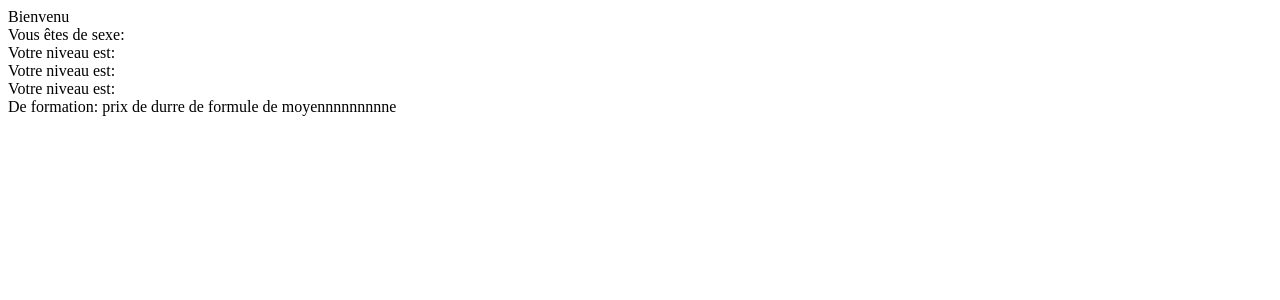
Repository: imouahrani/Gestion-des-stagiaires_JAVAEE
Page: http://localhost/TestProject/WEB-INF/lib/InfoFormation.jsp
The author's editor kept a copy of each file at every save. The page is drawn from the files as they stood at one save, then again after the next save.
The browser window is 1280 px wide. The pictures show the whole page.
The page is served by Tomcat 9. Nobody is signed in. The template is opened directly, without the code that normally fills it, so the values that code supplies are empty.

Above is the page before, as saved 2018-08-01 14:56:02.

After the next save:
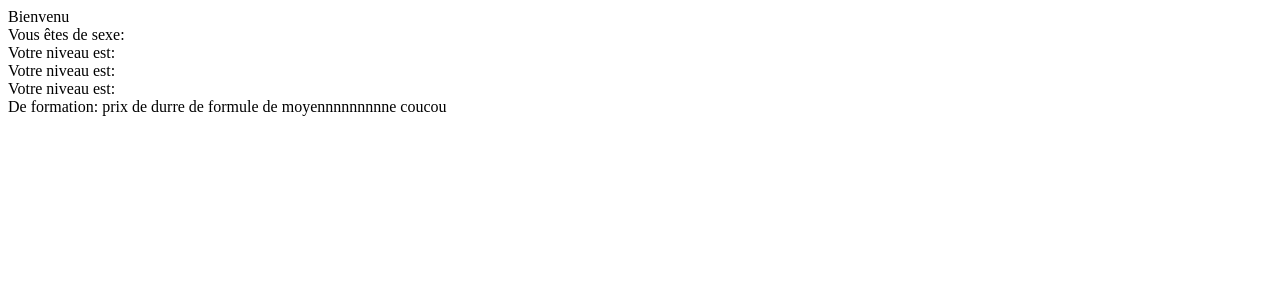
Saved 65 s later.
--- a/Formation Java Entreprise Edition/TestProject/WebContent/WEB-INF/lib/InfoFormation.jsp
+++ b/Formation Java Entreprise Edition/TestProject/WebContent/WEB-INF/lib/InfoFormation.jsp
@@ -2,7 +2,7 @@
 <%@page import="dz.TestProject.bean.Stagiaire"%>
 <%@ page language="java" contentType="text/html; charset=UTF-8"
 	pageEncoding="UTF-8"%>
-<%@ taglib uri="http://java.sun.com/jsp/jstl/core" prefix="a"%>
+<%@ taglib uri="http://java.sun.com/jsp/jstl/core" prefix="c"%>
 <!DOCTYPE html PUBLIC "-//W3C//DTD HTML 4.01 Transitional//EN" "http://www.w3.org/TR/html4/loose.dtd">
 <html>
 <head>
